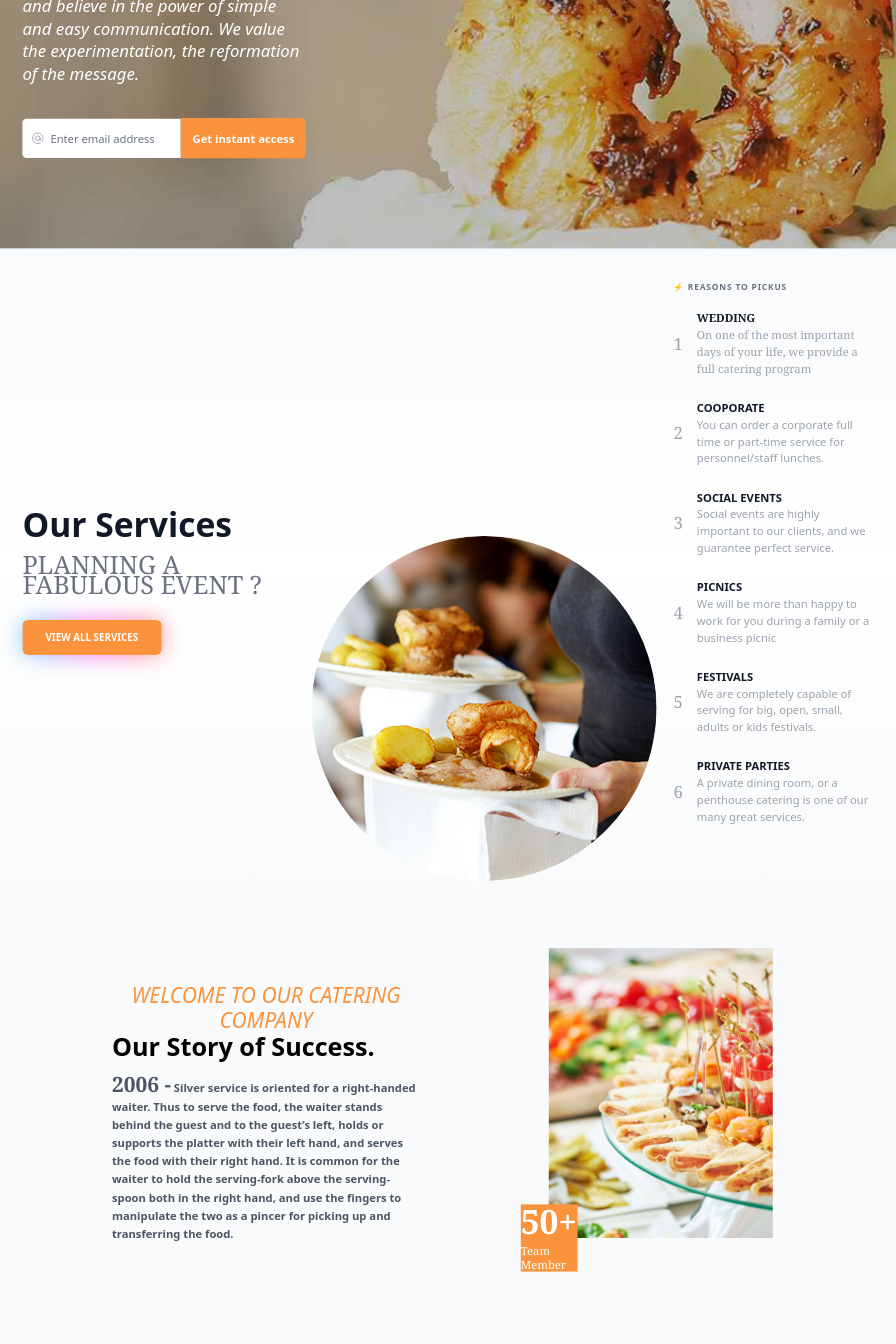
Repository: remydev47/Catering
Page: /
The author's editor kept a copy of each file at every save. The page is drawn from the files as they stood at one save, then again after the next save.
The browser window is 1280 px wide. The pictures show the part of the page from y = 2182 to 4102 px (the page is 4102 px tall), at 70% of full size.
The project was rebuilt for these pictures with package versions that can differ from the ones it lists, and the page was loaded fresh each time. The framework's server and built-in components were replaced by stand-ins that run in the browser. Also part of the build but not shown: next.config.js, components/Pricing.tsx, components/Footer.tsx, components/Team.tsx, components/Testimonials.tsx, components/Faqs.tsx, components/Blog.tsx.

Above is the page before, as saved 2022-12-09 23:01:56.

### app/layout.tsx
import Navbar from '../components/Navbar'
import '../styles/globals.css'

export default function RootLayout({
  children,
}: {
  children: React.ReactNode
}) {
  return (
    <html>
      <head />
      <body>
        <Navbar />
        {children}
      </body>
    </html>
  )
}

### app/page.tsx
import React from 'react'
import { Aboutus, CTA, Hero, Menu, Services } from '../components'

const Home = () => {
  return (
    <div>
        <Hero />
        <Menu />
        <CTA />
        <Services />
        <Aboutus />
    </div>
  )
}

export default Home

### components/Navbar.tsx
'use client'
import React from 'react'
import { navLinks } from '../constants'
import Menupopover from './Menupopover';
import Logo from './Logo';
import { Button } from './Button';

const Navbar = () => {
  return (
    <header className="fixed inset-x-0 bg-[#fff] z-20 flex justify-between items-center py-2 px-2 shadow-lg dark:bg-slate-900 sm:py-3 sm:px-8">
            <div className='flex grow-0 basis-1/3 md:hidden'>
                <Menupopover />
            </div>

             <div className='flex grow-0 ml-2 justify-center md:justify-start'>
                <Logo />

            </div>


            <ul className="list-none sm:flex hidden justify-end items-center flex-1">
            {navLinks.map((nav, index) => (
                <li
                key={nav.id}
                className={`font-bold cursor-pointer text-[16px] hover:text-orange-400
                   ${index === navLinks.length - 1 ? 'mr-0' : 'mr-10'}
                  text-gray-500 font-serif `}
                >
                    <a>{nav.title}</a>
                </li>
            ))}
           </ul>



        </header>
  )
}

export default Navbar

### components/index.ts
import Hero from "./Hero";
import Pricing from "./Pricing";
import Aboutus from "./Aboutus";
import Menu from "./Menu";
import Services from "./Services";
import Footer from "./Footer";
import Team from "./Team";
import Testimonials from "./Testimonials";
import Faqs from "./Faqs";
import Blog from "./Blog";
import CTA from "./CTA";

export {
    Hero, Pricing, Menu, Services, Footer, Faqs, Team, Testimonials, Blog, CTA, Aboutus
}

### constants/index.ts
export const navLinks =[
    {
        id:"aboutus",
        title:"About Us",
    },
    {
        id:"store",
        title:"Store",
    },
    {
        id:"gallery",
        title:"Gallery",
    },
    {
        id:"appointments",
        title:"Appointment",
    },
    {
        id:"blog",
        title:"Blog",
    },
    {
        id:"contacts",
        title:"Contacts",
    }
]

### components/Menupopover.tsx
import React, { useState, Fragment } from 'react'
import { Transition, Dialog } from '@headlessui/react'
import { navLinks } from '../constants'
import Logo from './Logo'
import { IconButton } from './Button'

const Menupopover = () => {
  const [isOpen, setIsOpen] = useState(false)

  return (
    <div>
    <IconButton
      variant='ghost'
      aria-label='menu'
      onClick={() => setIsOpen(!isOpen)}
    >
      <svg className='h-6 w-6 ' fill='none' stroke='currentColor'>
        <path
          strokeLinecap='round'
          strokeLinejoin='round'
          strokeWidth={2}
          d='M4 6h16M4 12h16M4 18h16'
        />
      </svg>
    </IconButton>
    <Transition
      show={isOpen}
      appear
      as={Fragment}
      enter='transform transition ease-in-out duration-300'
      enterFrom='-translate-x-full'
      enterTo='translate-x-0'
      leave='transform transition ease-in-out duration-300 delay-200'
      leaveFrom='translate-x-0'
      leaveTo='-translate-x-full'
     >
     <Dialog
       as='div'
       className={`fixed inset-0 z-50`}
       onClose={setIsOpen}
       open={isOpen}
       >
       <Transition.Child
         as={Fragment}
         enter='ease-out duration-300 delay-300'
         enterFrom='opacity-0'
         enterTo='opacity-100'
         leave='ease-in duration-200'
         leaveFrom='opacity-100'
         leaveTo='opacity-0'
       >

        <Dialog.Overlay
          className={`fixed inset-0 bg-black/20 backdrop-blur-sm dark:bg-gray-900/80`}
         />
      </Transition.Child>
       <div className={styles.dialogcontainer}>
        <a className='mx-auto mt-4 flex w-[140px] '>
          <Logo />
        </a>
        <ul
            className={styles.navWrapper2}
         >
            {navLinks.map((nav, index) => (
                <li
                 key={nav.id}
                 className={` font-bold cursor-pointer text-[16px]
                  mt-2 border-t border-slate-200 py-4 dark:border-slate-600
                  ${index === navLinks.length - 1 ? 'mr-0' : 'mb-4'}
                  text-black font-serif `}
                >
                 <a href={`#${nav.id}`}>
                    {nav.title}
                 </a>
                </li>
             ))}
         </ul>

        <IconButton
          variant='ghost'
          aria-label='close menu'
          className='absolute top-5 right-5'
          onClick={() => setIsOpen(false)}
        >
          <svg
            viewBox='0 0 10 10'
            className='h-2.5 w-2.5 overflow-visible'
            aria-hidden='true'
          >
            <path
                d='M0 0L10 10M10 0L0 10'
                fill='none'
                stroke='currentColor'
                strokeWidth='2'
                strokeLinecap='round'
              />
          </svg>
        </IconButton>
       </div>
     </Dialog>
    </Transition>
  </div>
  )
}

export default Menupopover;

const styles ={
  dialogcontainer:`fixed top-0 bottom-0 left-0 w-full max-w-xs rounded-r-xl bg-[#fff] p-6 shadow-lg dark:bg-gray-800`,
  menuitems:`group relative flex h-9 items-center oveflow-hidden rounded-md hover:bg-slate-200/50`,
  navWrapper2:`list-none flex flex-col justify-end items-center flex-1`,
}

### components/Logo.tsx
import React from 'react'
import Image from 'next/image'

const Logo = () => {
  return (
    <div>
        <Image
          src='/images/logo.png'
          alt='royal-events'
          height={80}
          width={150}
        />
    </div>
  )
}

export default Logo

### components/Hero.tsx
'use client';
import React from 'react'

const Hero = () => {
  return (
    <section className='relative pt-48 pb-12 xl:pt-60 sm:pb-16 lg:pb-32 xl:pb-48 2xl:pb-56'>
    <div className="absolute inset-0">
     <img className="object-cover w-full h-full" src="/images/hero.jpg" alt="" />
    </div>
   <div className='relative'>
    <div className="px-6 mx-auto sm:px-8 lg:px-12 max-w-7xl">
      <div className="w-full lg:w-2/3 xl:w-1/2">
        <h1 className="font-serif text-xl font-bold tracking-tight text-white text-opacity-70 text-center">Proffesional Catering Services</h1>
        <p className="mt-6 tracking-tighter text-[#000]">
          <span className="font-sans font-bold text-5xl">The Perfect Blend</span><br />
          <span className="font-serif italic font-BOLD text-6xl">of Sensational Food</span>
        </p>
        <p className="mt-8 font-serif text-xl font-normal text-[#000]">
         Our professional and experienced Catering staff does the job right the first time are Carefully selected Give them a deep.
        </p>
      </div>
    </div>
   </div>
  </section>
  )
}

export default Hero

### components/Aboutus.tsx
'use client';
import React from 'react'

const Aboutus = () => {
  return (
    <section className="py-6 bg-gray-50 sm:py-16 lg:py-24">
    <div className="max-w-5xl px-4 mx-auto sm:px-6 lg:px-8">
        <div className="grid items-center grid-cols-1 gap-y-6 md:grid-cols-2 md:gap-x-20">
            <div className="">
                <h1 className='text-3xl italic text-orange-400 text-center'>WELCOME TO OUR CATERING COMPANY</h1>
                <h2 className="text-4xl font-bold leading-tight text-black sm:text-4xl lg:text-4xl">Our Story of Success.</h2>
                <p className="mt-4 text-base leading-relaxed text-gray-600 font-semibold">
                <span className='text-3xl font-serif'>2006 -</span> Silver service is oriented for a right-handed waiter. Thus to serve the food, the waiter stands behind the guest and to the guest’s left, holds or supports the platter with their left hand, and serves the food with their right hand. It is common for the waiter to hold the serving-fork above the serving-spoon both in the right hand, and use the fingers to manipulate the two as a pincer for picking up and transferring the food.
                </p>
            </div>

            <div className=" pl-20 pr-6 sm:pl-6 md:px-0">
                <div className="relative w-full max-w-xs mt-4 mb-10 ml-auto">
                 <img className="relative -top-4 -left-4" src="/images/service-3.jpg" alt="" />



                    <div className="absolute -bottom-10 -left-16 m-2 bg-orange-400">
                        <span className="block text-4xl font-bold text-white font-serif lg:text-5xl"> 50+ </span>
                        <span className="block mt-2 text-base leading-tight text-white font-serif"> Team<br />Member</span>
                    </div>
                </div>
            </div>
        </div>
    </div>
</section>
  )
}

export default Aboutus

### components/Menu.tsx
'use client';
import React from 'react'

const Menu = () => {

  return (
    <section className='py-10 bg-white sm:py-16 lg:py-24'>

      <div  className="px-4 mx-auto max-w-7xl sm:px-6 lg:px-8">
        <div className="max-w-2xl mx-auto text-center">
          <h1 className="text-4xl font-serif font-semibold leading-tight text-gray-400">
            WELCOME TO THE <br/> BEST CATERING SERVICES
          </h1>
        </div>
        <div className="relative mt-12 lg:mt-20">

          <div className="relative grid grid-cols-1 text-center gap-y-12 md:grid-cols-3 gap-x-12">
            <div>
              <div className="flex items-center justify-center w-60 h-60 mx-auto rounded-full border-2 border-gray-200 ">
                <span className="text-xl font-semibold text-gray-700">
                    <img src='/images/menu1.jpg' className='h-full w-full rounded-full' />
                </span>
             </div>
             <h3 className="mt-6 text-2xl italic leading-tight text-gray-500 md:mt-10">Canapes</h3>
            </div>


            <div>
              <div className="flex items-center justify-center w-60 h-60 mx-auto rounded-full border-2 border-gray-200">
                <span className="text-xl font-semibold text-gray-700">
                    <img src='/images/menu2.jpg' className='h-full w-full rounded-full' />
                </span>
             </div>
             <h3 className="mt-6 text-2xl italic leading-tight text-gray-500 md:mt-10">CockTails</h3>
            </div>

            <div>
              <div className="flex items-center justify-center w-60 h-60 mx-auto rounded-full border-2 border-gray-200 ">
                <span className="text-xl font-semibold text-gray-700">
                    <img src='/images/menu3.jpg' className='h-full w-full rounded-full' />
                </span>
             </div>
             <h3 className="mt-6 text-2xl italic leading-tight text-gray-500 md:mt-10">Sweets & CapCakes</h3>
            </div>

            <div>
              <div className="flex items-center justify-center w-60 h-60 mx-auto rounded-full border-2 border-gray-200 ">
                <span className="text-xl font-semibold text-gray-700">
                    <img src='/images/menu4.jpg' className='h-full w-full rounded-full' />
                </span>
             </div>
             <h3 className="mt-6 text-2xl italic leading-tight text-gray-500 md:mt-10">Drinks</h3>
            </div>
          </div>

        </div>

      </div>

    </section>
  )
}

export default Menu

### components/CTA.tsx
'use client';
import React from 'react'

const CTA = () => {
  return (
    <section className="mt-4 relative py-10 overflow-hidden bg-blue-400 sm:py-16 lg:py-24 xl:py-32">
      <div className="absolute inset-0">
        <img className="object-cover w-full h-full md:object-left md:scale-150 md:origin-top-left" src="/images/cta.jpg" alt="" />
     </div>
    <div className="relative px-4 mx-auto sm:px-6 lg:px-8 max-w-7xl">
       <div className="text-center md:w-2/3 lg:w-1/2 xl:w-1/3 md:text-left">
           <h2 className="text-3xl font-bold leading-tight text-white font-serif sm:text-4xl lg:text-5xl">BOOK A FREE TASTING SESSION <br/> or DISCUSS A PROJECT</h2>
           <p className="mt-4 text-2xl italic text-white">
             We understand the importance of approaching each work integrally and believe in the power of simple and easy communication. We value the experimentation, the reformation of the message.
           </p>

           <form action="#" method="POST" className="mt-8 lg:mt-12">
               <div className="flex flex-col items-center sm:flex-row sm:justify-center">
                   <div className="flex-1 w-full min-w-0 px-4 sm:px-0">
                       <div className="relative text-gray-400 focus-within:text-gray-600">
                           <label htmlFor="email" className="sr-only"></label>
                           <label htmlFor="email" className="sr-only"></label>
                           <div className="absolute inset-y-0 left-0 flex items-center pl-3 pointer-events-none">
                               <svg className="w-5 h-5" xmlns="http://www.w3.org/2000/svg" fill="none" viewBox="0 0 24 24" stroke="currentColor">
                                   <path stroke-linecap="round" stroke-linejoin="round" stroke-width="1.5" d="M16 12a4 4 0 10-8 0 4 4 0 008 0zm0 0v1.5a2.5 2.5 0 005 0V12a9 9 0 10-9 9m4.5-1.206a8.959 8.959 0 01-4.5 1.207" />
                               </svg>
                           </div>
                           <input
                               type="email"
                               name="email"
                               id="email"
                               placeholder="Enter email address"
                               className="block w-full py-4 pl-10 pr-4 text-base text-black placeholder-gray-500 transition-all duration-200 border-gray-200 rounded-md sm:rounded-r-none caret-orange-400 focus:border-orange-400 focus:ring-1 focus:ring-blue-600"
                               required
                           />

                       </div>
                   </div>

                   <button type="submit" className="inline-flex items-center justify-center flex-shrink-0 w-auto px-4 py-4 mt-4 font-semibold text-white transition-all duration-200 bg-orange-400 border border-transparent rounded-md sm:mt-0 sm:rounded-l-none sm:w-auto hover:bg-blue-700 focus:bg-blue-700">
                       Get instant access
                   </button>
               </div>
           </form>
       </div>
    </div>
    </section>
  )
}

export default CTA

### components/Button.tsx
import React, { forwardRef } from "react";
//import { __DEV__ } from "../../utils/assertions";

type BaseButtonProps = Omit<React.HTMLProps<HTMLButtonElement>, "size">;

/* === Button Element === */

export interface ButtonProps extends BaseButtonProps {
  children: React.ReactNode;
  fullWidth?: boolean;
  className?: string;
  variant?: "solid" | "outline" | "ghost";
  size?: "sm" | "md" | "lg";
  as?: string;
  isExternal?: boolean;
  type?: "button" | "submit" | "reset";
}

export const Button = forwardRef<HTMLButtonElement, ButtonProps>(
  (
    {
      children,
      variant = "solid",
      size = "md",
      fullWidth = false,
      className,
      as = "button",
      isExternal = false,
      ...rest
    },
    ref
  ) => {
    let tempClassNames: string[] = [];

    const sharedClasses = [
      "capitalize",
      "focus:outline-none",
      "focus:ring-2",
      "focus:ring-indigo-400",
      "focus:ring-offset-2",
      "focus:ring-offset-indigo-50",
      "font-semibold",
      "rounded-full",
      "inline-flex",
      "flex-shrink-0",
      "items-center",
      "justify-center",
      "transition-colors",
      "ease-in-out",
      "duration-500",
    ];

    if (fullWidth) sharedClasses.push("w-full");

    // handle variants
    let btnSolid = ["bg-indigo-600", "hover:bg-indigo-700", "text-white"];
    let btnOutline = [
      "dark:text-white",
      "hover:text-indigo-700",
      "hover:dark:text-indigo-700",
      "bg-transparent",
      "hover:bg-indigo-50",
      "border",
      "border-indigo-600",
    ];
    let btnGhost = [
      "bg-transparent",
      "dark:text-white",
      "hover:bg-indigo-50",
      "hover:text-indigo-700",
      "hover:dark:text-indigo-700",
    ];

    if (variant === "solid") {
      tempClassNames = [...sharedClasses, ...btnSolid];
    } else if (variant === "outline") {
      tempClassNames = [...sharedClasses, ...btnOutline];
    } else if (variant === "ghost") {
      tempClassNames = [...sharedClasses, ...btnGhost];
    }

    // handle sizes
    let sizeSm = ["h-8", "px-2", "text-sm"];
    let sizeMd = ["h-10", "px-3"];
    let sizeLg = ["h-12", "px-4", "text-lg"];

    if (size === "sm") {
      tempClassNames = [...tempClassNames, ...sizeSm];
    } else if (size === "md") {
      tempClassNames = [...tempClassNames, ...sizeMd];
    } else if (size === "lg") {
      tempClassNames = [...tempClassNames, ...sizeLg];
    }

    let classes = tempClassNames.join(" ");

    let Element = as ? (
      React.createElement(
        as,
        {
          className: `${classes} ${className}`,
          target: isExternal ? "_blank" : undefined,
          rel: isExternal ? "noopener noreferrer" : undefined,
          ref,
          ...rest,
        },
        children
      )
    ) : (
      <button {...rest} className={`${classes} ${className}`} ref={ref}>
        {children}
      </button>
    );

    return Element;
  }
);

// if (__DEV__) {
//   Button.displayName = "Button";
// }

/* === IconButton Element === */

export interface IconButtonProps extends ButtonProps {
  icon?: React.ReactElement;
  "aria-label": string;
}

export const IconButton = forwardRef<HTMLButtonElement, IconButtonProps>(
  (
    {
      children,
      icon,
      className,
      "aria-label": ariaLabel,
      size = "md",
      ...rest
    },
    ref
  ) => {
    let sharedClasses = ["rounded-full", "!px-0"];

    // handle sizes
    let sizeSm = ["w-8"];
    let sizeMd = ["w-10"];
    let sizeLg = ["w-12"];

    if (size === "sm") {
      sharedClasses = [...sharedClasses, ...sizeSm];
    } else if (size === "md") {
      sharedClasses = [...sharedClasses, ...sizeMd];
    } else if (size === "lg") {
      sharedClasses = [...sharedClasses, ...sizeLg];
    }

    /**
     * Passing the icon as prop or children should work
     */
    const element = icon || children;
    const _children = React.isValidElement(element)
      ? React.cloneElement(element as any, {
          "aria-hidden": true,
          focusable: false,
        })
      : null;

    let classes = sharedClasses.join(" ");
    return (
      <Button
        className={`${classes} ${className}`}
        aria-label={ariaLabel}
        size={size}
        {...rest}
        ref={ref}
      >
        {_children}
      </Button>
    );
  }
)

Loaded but not shown: styles/globals.css (common file); tailwind.config.js (common file); components/Services.tsx (133 lines, source omitted)

After the next save:
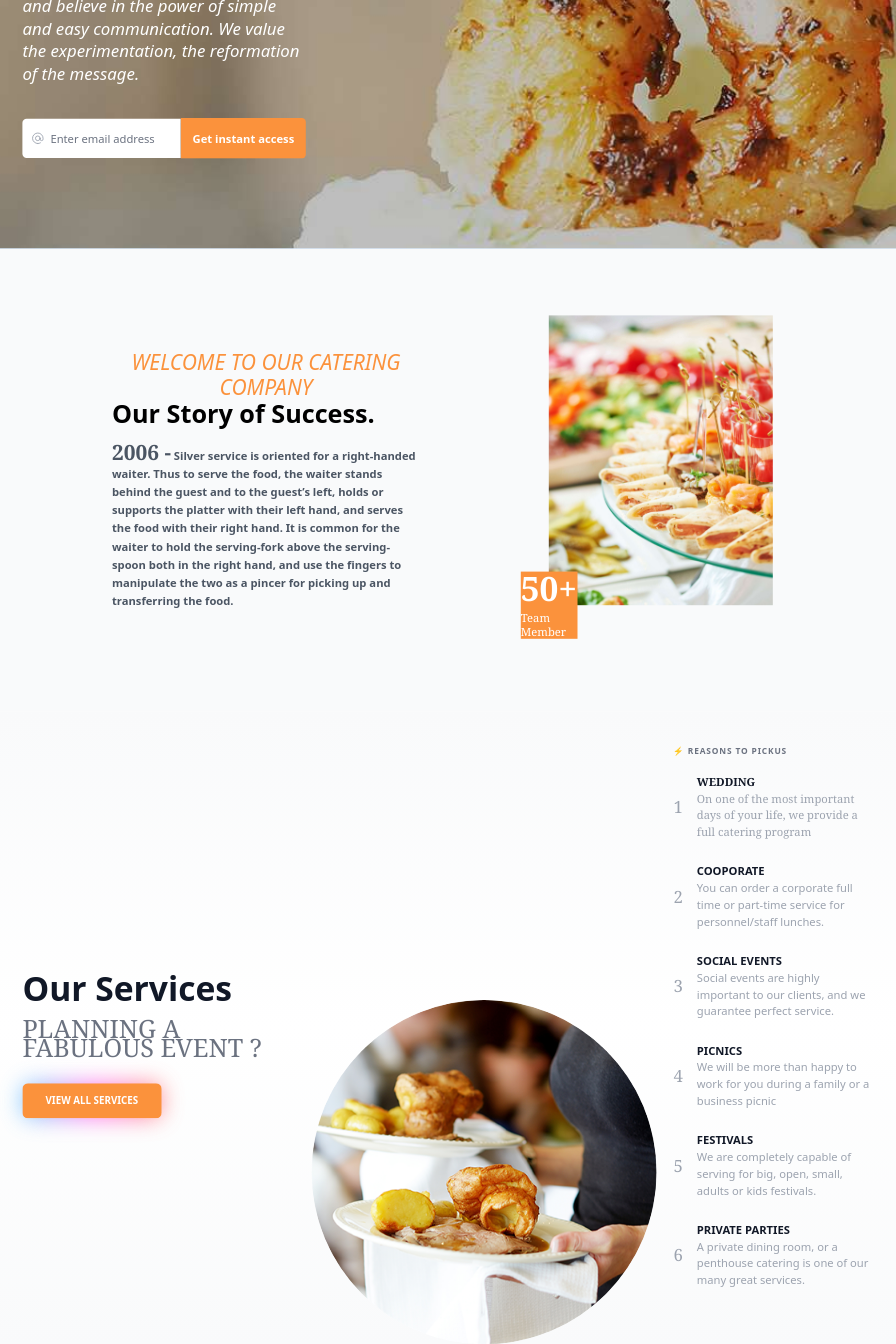
Saved 19 s later.
--- a/app/page.tsx
+++ b/app/page.tsx
@@ -7,8 +7,9 @@ const Home = () => {
         <Hero />
         <Menu />
         <CTA />
+        <Aboutus />
         <Services />
-        <Aboutus />
+
     </div>
   )
 }
